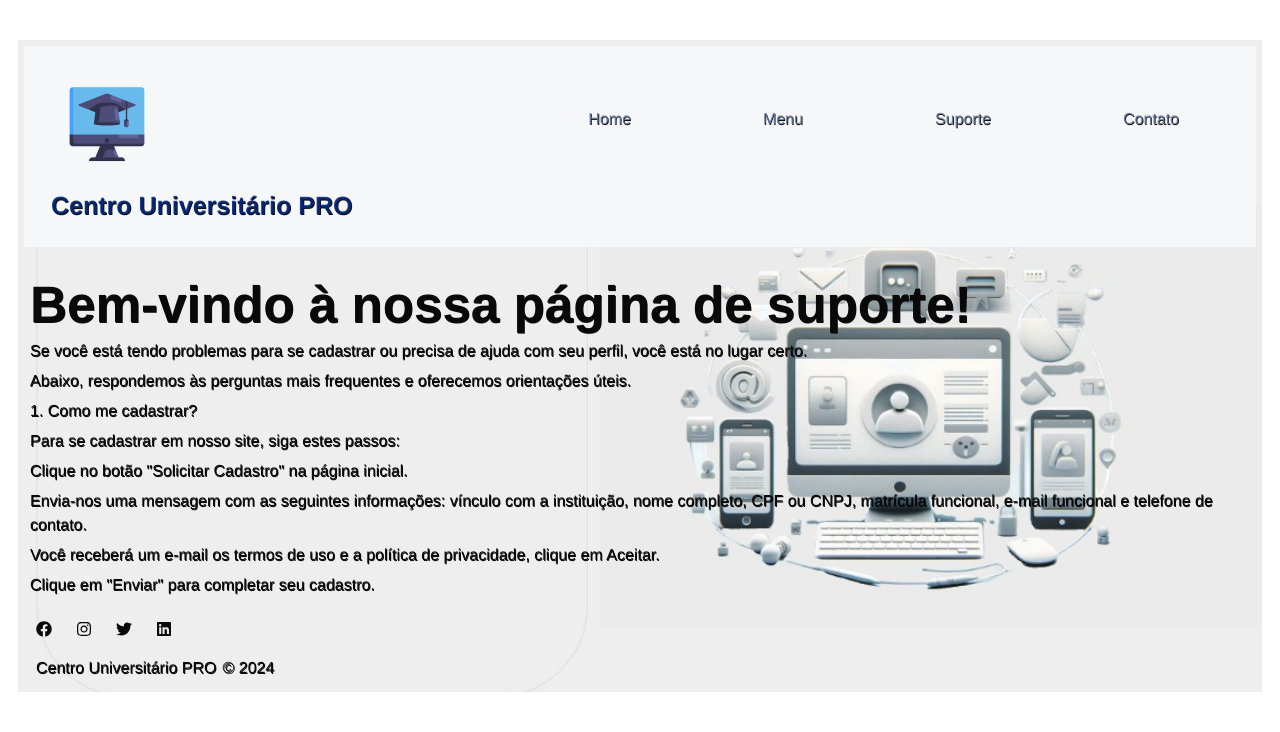
Repository: DanuziaRA/Cadastros-de-Usuarios
Page: /suporte
These files come from the project's save history. The page is drawn as it stood at one moment and after a run of saves; the edit follows.
The browser window is 1280 px wide. The pictures show the whole page.
The project was rebuilt for these pictures with package versions that can differ from the ones it lists, and the page was loaded fresh each time. Also part of the build but not shown: vite.config.js, src/components/Footer.css, src/router/Contact.jsx, src/router/ErrorPage.jsx, src/router/ContactDetails.jsx, src/router/Login.css, src/router/Login.jsx, src/router/Menu.jsx and 9 more.

Above is the page before, as saved 2024-10-02 16:29:01.

### src/main.jsx
import { StrictMode } from 'react'
import { createRoot } from 'react-dom/client'
import App from './App.jsx'
import './index.css'

import {createBrowserRouter, RouterProvider,Navigate} from 'react-router-dom';

  import Contact from './router/Contact.jsx';
  import ErrorPage from './router/ErrorPage.jsx';
  import ContactDetails from './router/ContactDetails.jsx';
  import Login from './router/Login.jsx';
  import Menu from './router/Menu.jsx';
  import Suporte from './router/Suporte.jsx';
  import Forget from './router/Forget.jsx';
  import Atualizar from './router/Atualizar.jsx';
  import Excluir from './router/Excluir.jsx';
  import Cadastro from './router/Cadastro.jsx';
  import Cadastropj from './router/Cadastropj.jsx';
  import Cadastroprof from './router/Cadastroprof.jsx';
  import Cadastroforn from './router/Cadastroforn.jsx';
  import Cadastroaluno from './router/Cadastroaluno.jsx';


  const router = createBrowserRouter([
        {
      path: "/",
      element: <App/>,
      errorElement: <ErrorPage />,
      children: [
        {
          path: "/",
          element:<Login />,
        },
        {
          path: "suporte",
          element:<Suporte />,
        },
        {
          path: "menu",
          element:<Menu />,
        },
        {
          path: "contact",
          element:<Contact />,
        },
        //Nested routes - identificando unico
        {
          path: "/contact/id",
          element: <ContactDetails />,
        },
        {
          path: "forget",
          element: <Forget />,
        },
        {
          path: "atualizar",
          element: <Atualizar />,
        },
        {
          path: "excluir",
          element: <Excluir />,
        },
        {
          path: "cadastropf",
          element: <Cadastro />,
        },
        {
          path: "cadastropj",
          element: <Cadastropj />,
        },
        {
          path: "cadastroprof",
          element: <Cadastroprof />,
        },
        {
          path: "cadastroforn",
          element: <Cadastroforn />,
        },
        {
          path: "cadastroaluno",
          element: <Cadastroaluno />,
        },
        //Navigate para página não existentes
        {
          path: "oldcontact",
          element: <Navigate to="/contact" />,
        },
      ],
    },
    ]);


createRoot(document.getElementById('root')).render(
  <StrictMode>
    <RouterProvider router={router} />
    </StrictMode>,
);

### src/App.jsx
import './App.css'

import { Outlet } from 'react-router-dom';
import Navbar from './components/Navbar';
import Footer from './components/Footer'


function App() {
  return (
      <div className='App'>
        <Navbar />
        <h1></h1>
        <Outlet />
        <Footer />
    </div>
  );
}

export default App;

### src/router/Suporte.jsx
import React from 'react'

function Suporte() {
  return (
    <div>
        <h1>Bem-vindo à nossa página de suporte!</h1>
        <p>Se você está tendo problemas para se cadastrar ou precisa de ajuda com seu perfil, você está no lugar certo.</p>
        <p>Abaixo, respondemos às perguntas mais frequentes e oferecemos orientações úteis.</p>
        <p>1. Como me cadastrar?</p>
        <p>Para se cadastrar em nosso site, siga estes passos:</p>

<p>Clique no botão "Solicitar Cadastro" na página inicial.</p>
<p>Envia-nos uma mensagem com as seguintes informações: vínculo com a instituição, nome completo, CPF ou CNPJ, matrícula funcional, e-mail funcional e telefone de contato.</p>
<p>Você receberá um e-mail os termos de uso e a política de privacidade, clique em Aceitar.<p/>
<p></p>Clique em "Enviar" para completar seu cadastro.</p>


    </div>
  )
}

export default Suporte

### src/App.css
* {
  box-sizing: border-box;
  margin: 6px;
  padding: 0px;
  font-family: Helvetica;
  font-size: 16px;
  text-shadow: #0d0d0d 0.7px 0.7px;
  color:rgb(9, 9, 9)
}
.App{
  display: flex;
  flex-direction: column;
  flex-grow: 1;
  justify-content: center;
  align-items: left;
  background-size: cover;
  background-image: url("src/assets/Fundo minimalista cadastro 4.jpg");
  background-position: center;
  }

### src/components/Navbar.jsx
import { Link } from "react-router-dom"
import logo from './../assets/LOGO novo.png'
import { Component } from "react";
import './Navbar.css';


const Navbar = () => {
    return (
    <nav className="navbar">
        <div className="navbar-logo">
        <Link to="/">
            <img src={logo} alt=""/>
            </Link>
            <h1>Centro Universitário PRO</h1>
            </div>
            <ul className="navbar-links">
            <li><a href="/">Home</a></li>
            <li><a href="/Menu">Menu</a></li>
            <li><a href="/Suporte">Suporte</a></li>
            <li><a href= "/Contact">Contato</a></li>
            </ul>
    </nav>
    )
}

export default Navbar

### src/components/Footer.jsx
import { FaFacebook, FaInstagram,FaTwitter,FaLinkedin } from "react-icons/fa"
import { Link } from "react-router-dom";
import './Footer.css';

function Footer(){
    return (
        <nav>
            <Link to="https://www.facebook.com/?locale=pt_BR">
            < FaFacebook alt=""/>
            </Link>
            <Link to="https://www.instagram.com/">
            < FaInstagram alt=""/>
            </Link>
            <Link to="/">
            < FaTwitter alt=""/>
            </Link>
            <Link to="https://www.linkedin.com.br">
            < FaLinkedin alt=""/>
            </Link>
            <p><span>Centro Universitário PRO</span>&copy; 2024</p>
            </nav>


    );

}
export default Footer

### src/router/Menu.css
nav li{
    width: 30%;
    height: 70%;
    outline: none;
    font-size: 16px;
    color: #070000;
    padding: 10px 20px;
    margin: 30px;
    }
nav li a{
    color: #7a7a7a;
    font-size: 16px;
    text-decoration: none;

}

### src/components/Navbar.css
.navbar{
    display: flex;
    justify-content: space-between;
    padding: 15px;
    align-items: left;
    background-color:rgb(245, 247, 249)

}
.navbar-logo h1{
    color: #06297ae1;
    font-size: 25px;
    align-items: center;


}
.navbar-links {
list-style-type: none;
display: flex;
gap: 20px;
align-items: left;

}
.navbar li{
    display: inline;
    }
.navbar-links li a {
    color: #67789ee1;
    text-decoration: none;
}
.navbar-links li a:hover{
    color:#ddd;
}

Loaded but not shown: index.html (common file); src/index.css (common file)

After the next 3 saves:
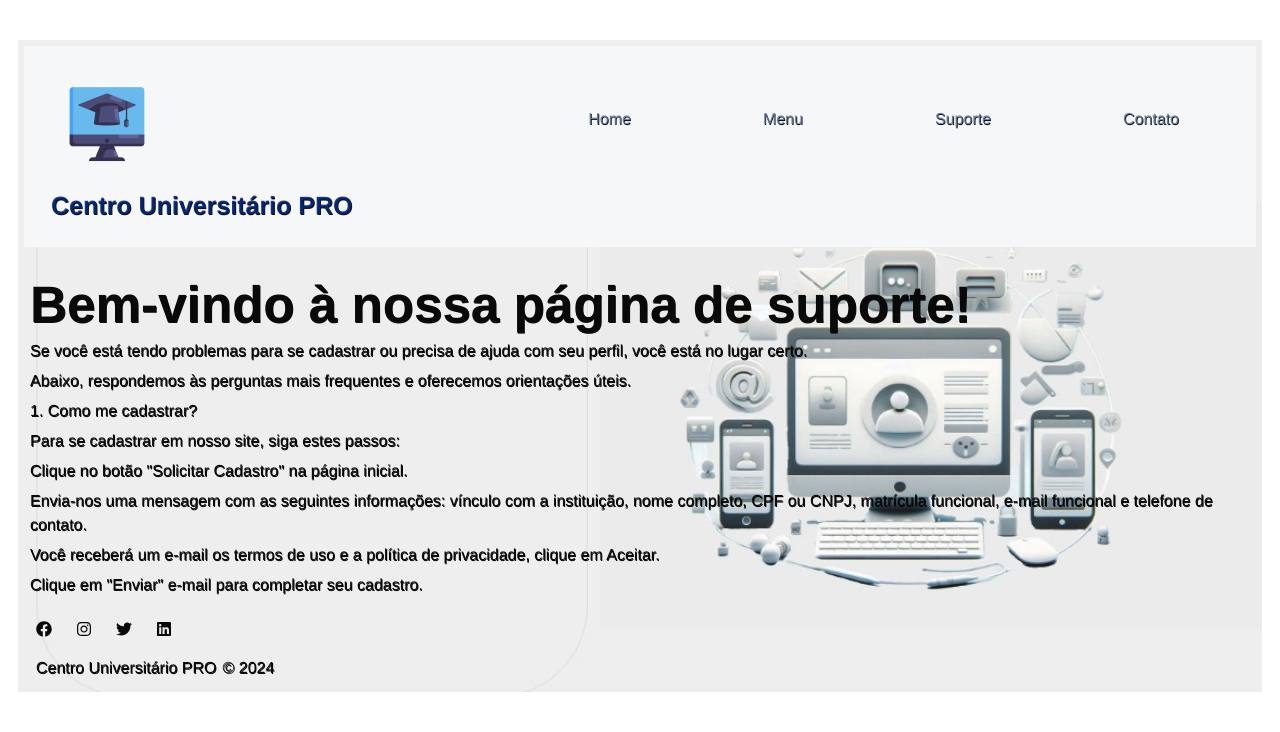
The 3 saves are shown as one change because 2 did not build or start.
The last was saved 33 s later.
--- a/src/router/Suporte.jsx
+++ b/src/router/Suporte.jsx
@@ -11,8 +11,8 @@ function Suporte() {
 
 <p>Clique no botão "Solicitar Cadastro" na página inicial.</p>
 <p>Envia-nos uma mensagem com as seguintes informações: vínculo com a instituição, nome completo, CPF ou CNPJ, matrícula funcional, e-mail funcional e telefone de contato.</p>
-<p>Você receberá um e-mail os termos de uso e a política de privacidade, clique em Aceitar.<p/>
-<p></p>Clique em "Enviar" para completar seu cadastro.</p>
+<p>Você receberá um e-mail os termos de uso e a política de privacidade, clique em Aceitar.</p>
+<p>Clique em "Enviar" e-mail para completar seu cadastro.</p>
 
 
     </div>
